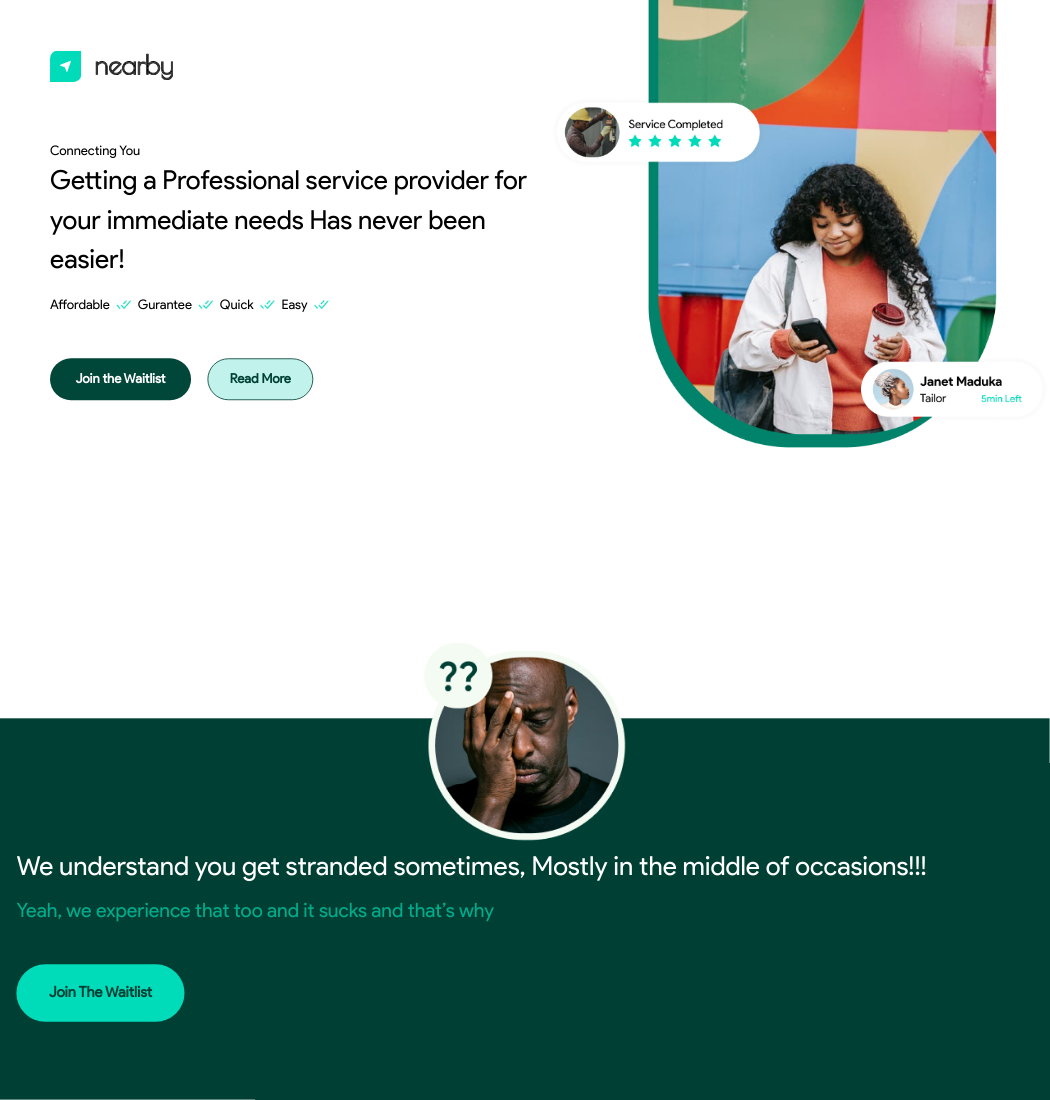
Repository: Eugene44-hub/Mearby
Page: /
An editor plug-in stored every save of this project. The page is shown before and after the next save, followed by the edit.
The browser window is 1280 px wide. The pictures show the whole page, at 82% of full size.
The project was rebuilt for these pictures with package versions that can differ from the ones it lists, and the page was loaded fresh each time.

Above is the page before, as saved 2022-04-30 06:59:40.

After the next save:
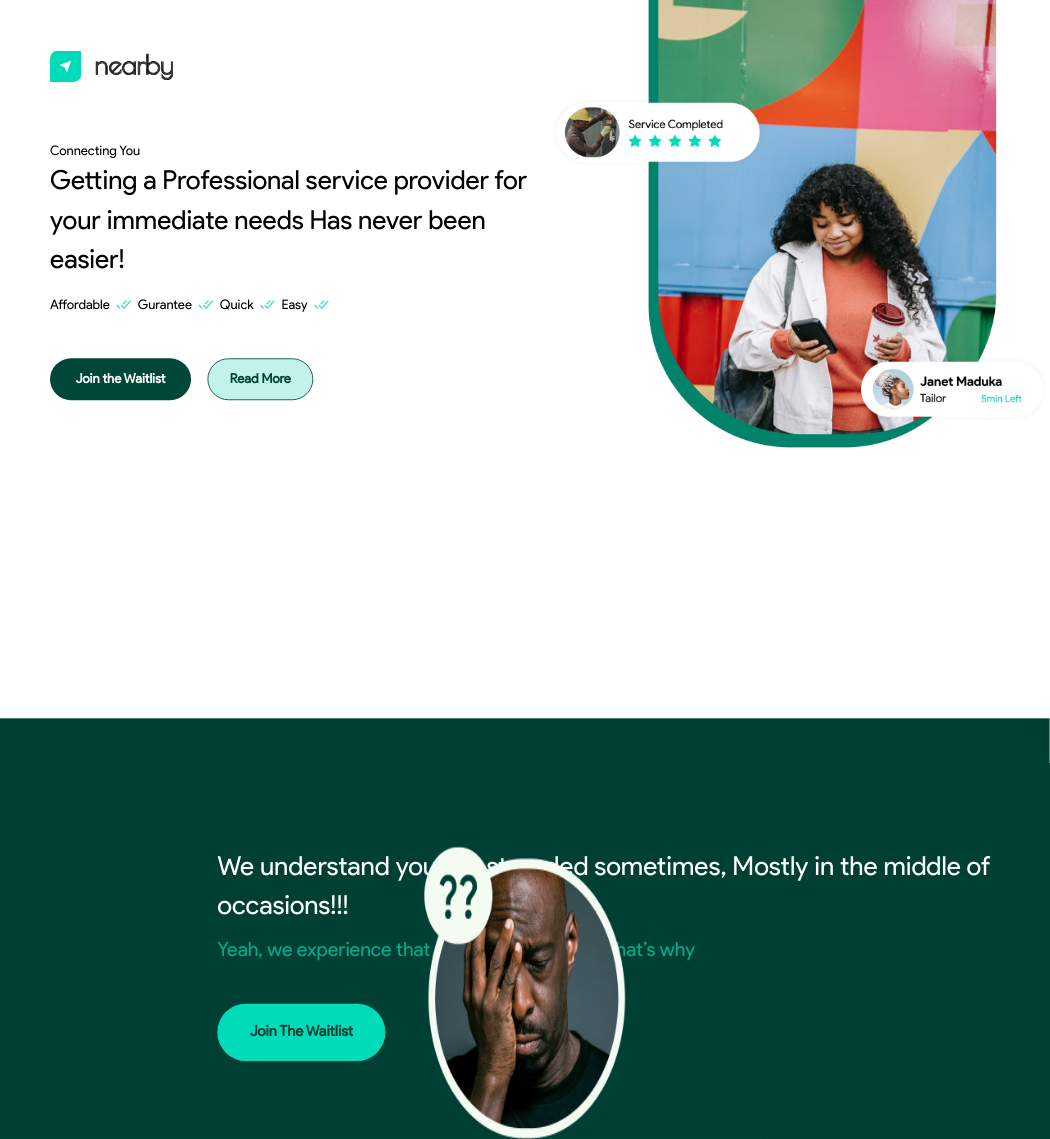
Saved 6 min 54 s later.
--- a/src/components/understand/Understand.tsx
+++ b/src/components/understand/Understand.tsx
@@ -5,7 +5,7 @@
   return (
     <div className='bg-[#004034] px-5 pt-[9.75rem] md:flex relative mt-[20rem]'>
 
-  <img src={understand} className="md:block absolute translate-x-[-50%] left-[50%] top-[-20%]" alt="understand" />
+  <img src={understand} className="md:relative absolute translate-x-[-50%] left-[50%] top-[-20%]" alt="understand" />
 
 <div>
 <div>

After the save that followed:
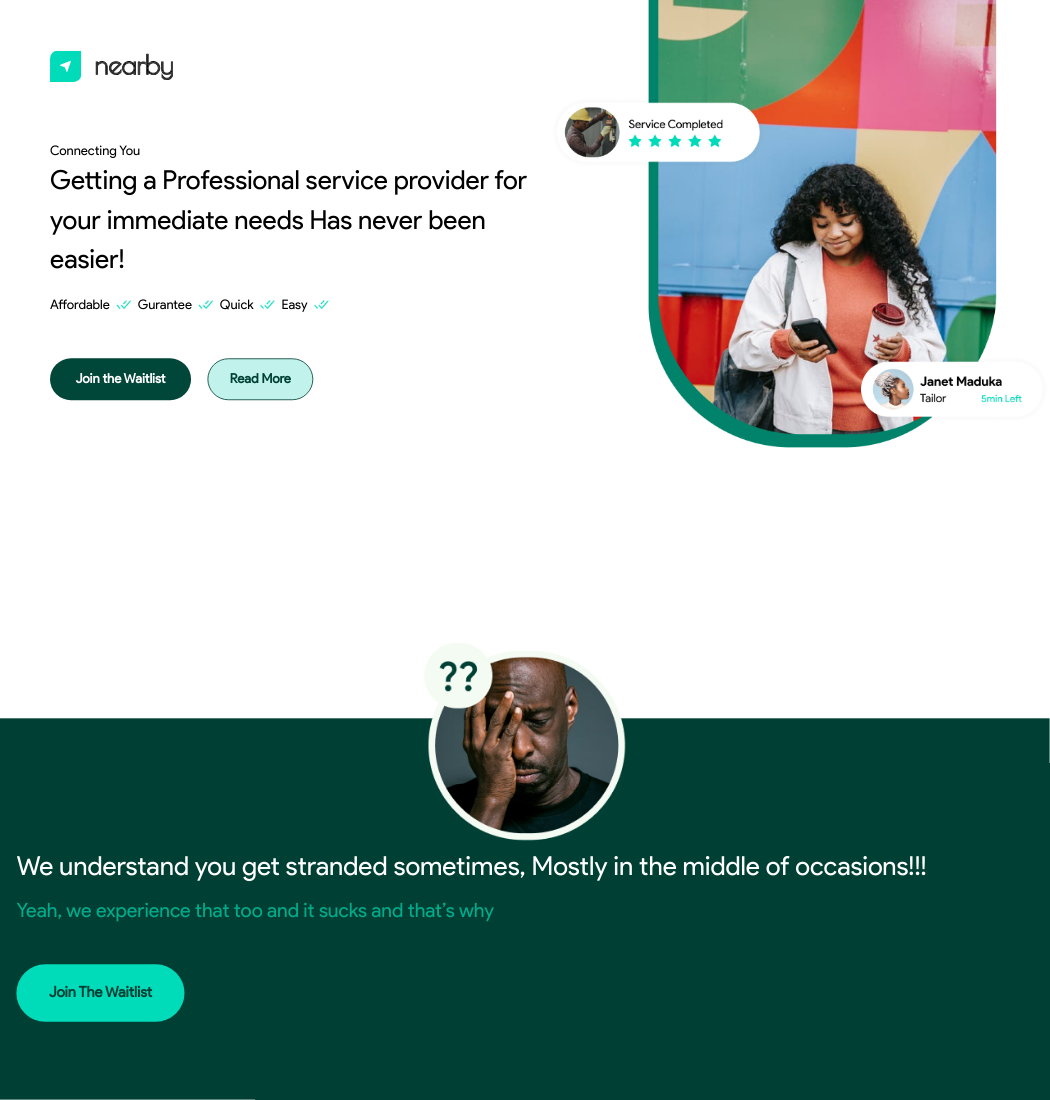
Saved 26 s later.
--- a/src/components/understand/Understand.tsx
+++ b/src/components/understand/Understand.tsx
@@ -5,7 +5,7 @@
   return (
     <div className='bg-[#004034] px-5 pt-[9.75rem] md:flex relative mt-[20rem]'>
 
-  <img src={understand} className="md:relative absolute translate-x-[-50%] left-[50%] top-[-20%]" alt="understand" />
+  <img src={understand} className="md: absolute translate-x-[-50%] left-[50%] top-[-20%]" alt="understand" />
 
 <div>
 <div>
